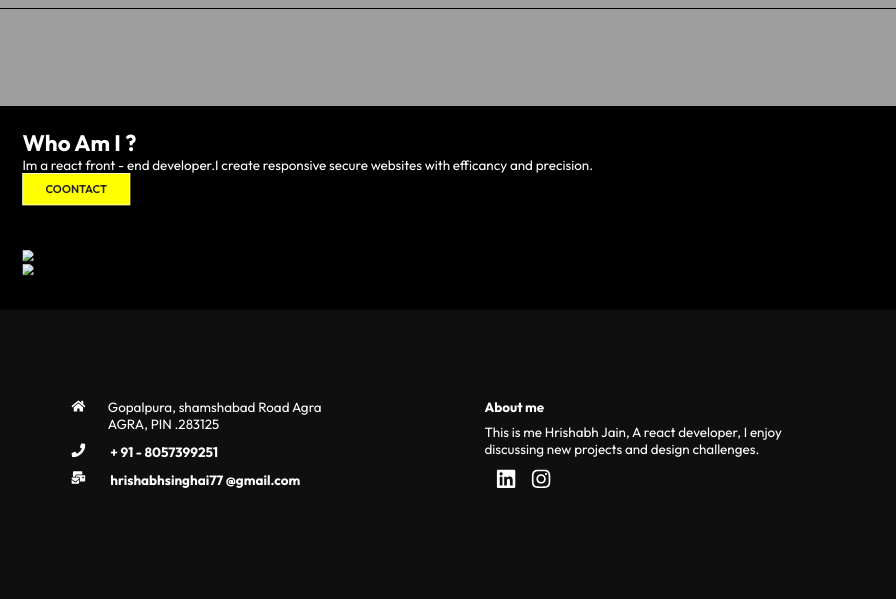
Repository: Hrishabhsinghai/Portfolio
Page: /About
An editor plug-in stored every save of this project. The page is shown before and after the next save, followed by the edit.
The browser window is 1280 px wide. The pictures show the part of the page from y = 353 to 2273 px (the page is 1209 px tall before and 2273 px after), at 70% of full size.
Pictures or frames that could not be fetched are drawn as grey boxes. The project was rebuilt for these pictures with package versions that can differ from the ones it lists, and the page was loaded fresh each time. Also part of the build but not shown: src/components/HeroImgStyles.css, src/components/HeroImg.js, src/routes/Home.js, src/components/AboutContentSttyles.css, src/components/WorkCardStyles.css, src/components/WorkCard.js, src/components/WorkCardData.js, src/components/Work.js and 2 more.

Above is the page before, as saved 2024-01-10 00:41:11.

After the next save:
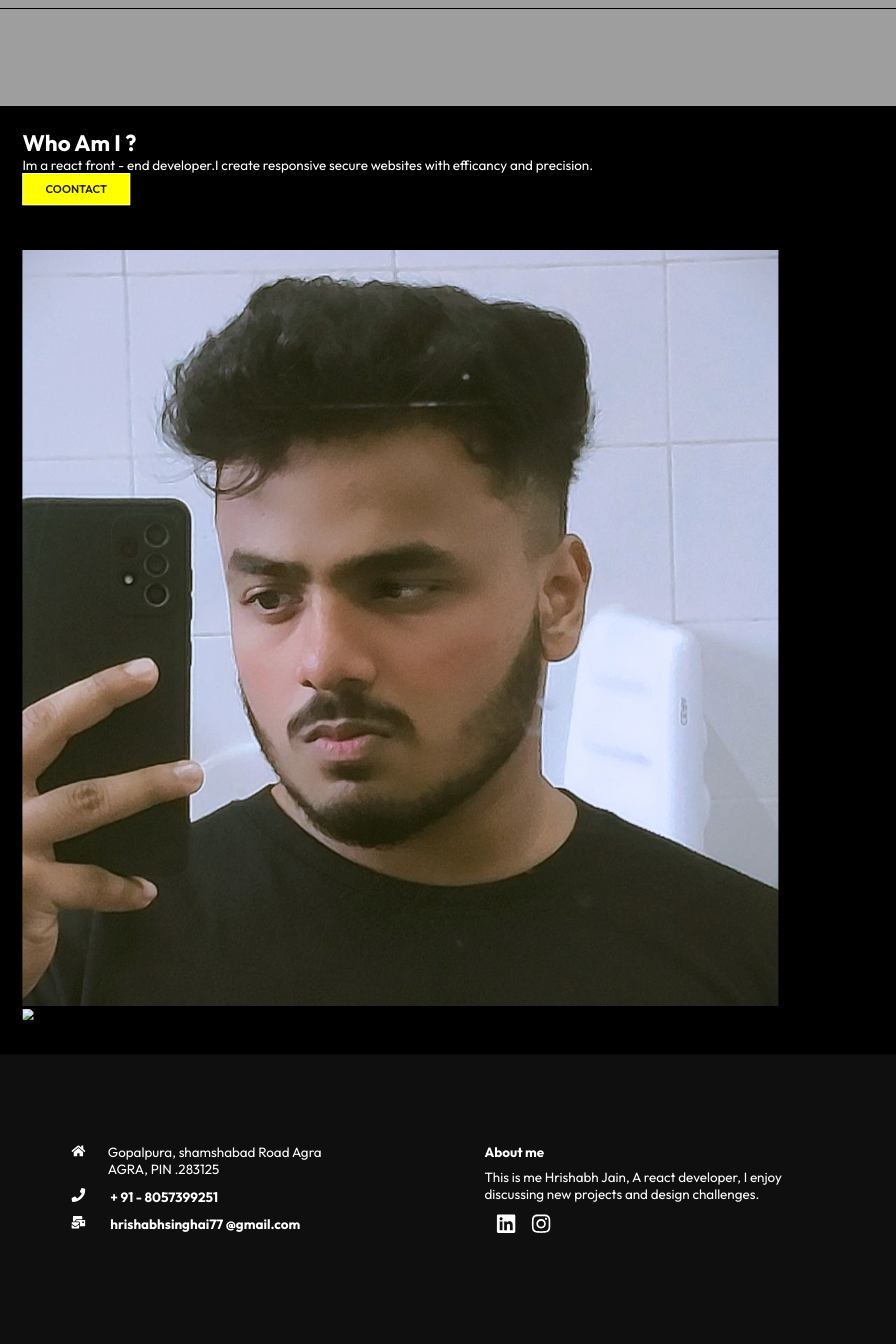
Saved 7 min 34 s later.
--- a/src/components/AboutContent.js
+++ b/src/components/AboutContent.js
@@ -1,5 +1,6 @@
 import { Link } from "react-router-dom";
 import "./AboutContentSttyles.css";
+import me from "../assets/me.jpeg";
 
 import React from "react";
 
@@ -20,12 +21,12 @@ const AboutContent = () => {
       <div className="right">
         <div className="img-container">
           <div className="img-stack top">
-            <img src="" className="img" alt="true" />
+            <img src={me} className="img" alt="true" />
           </div>{" "}
           <div className="img-stack bottom">
             <img src="" className="img" alt="true" />
           </div>{" "}
-        </div>
+        </div>{" "}
       </div>{" "}
     </div>
   );
